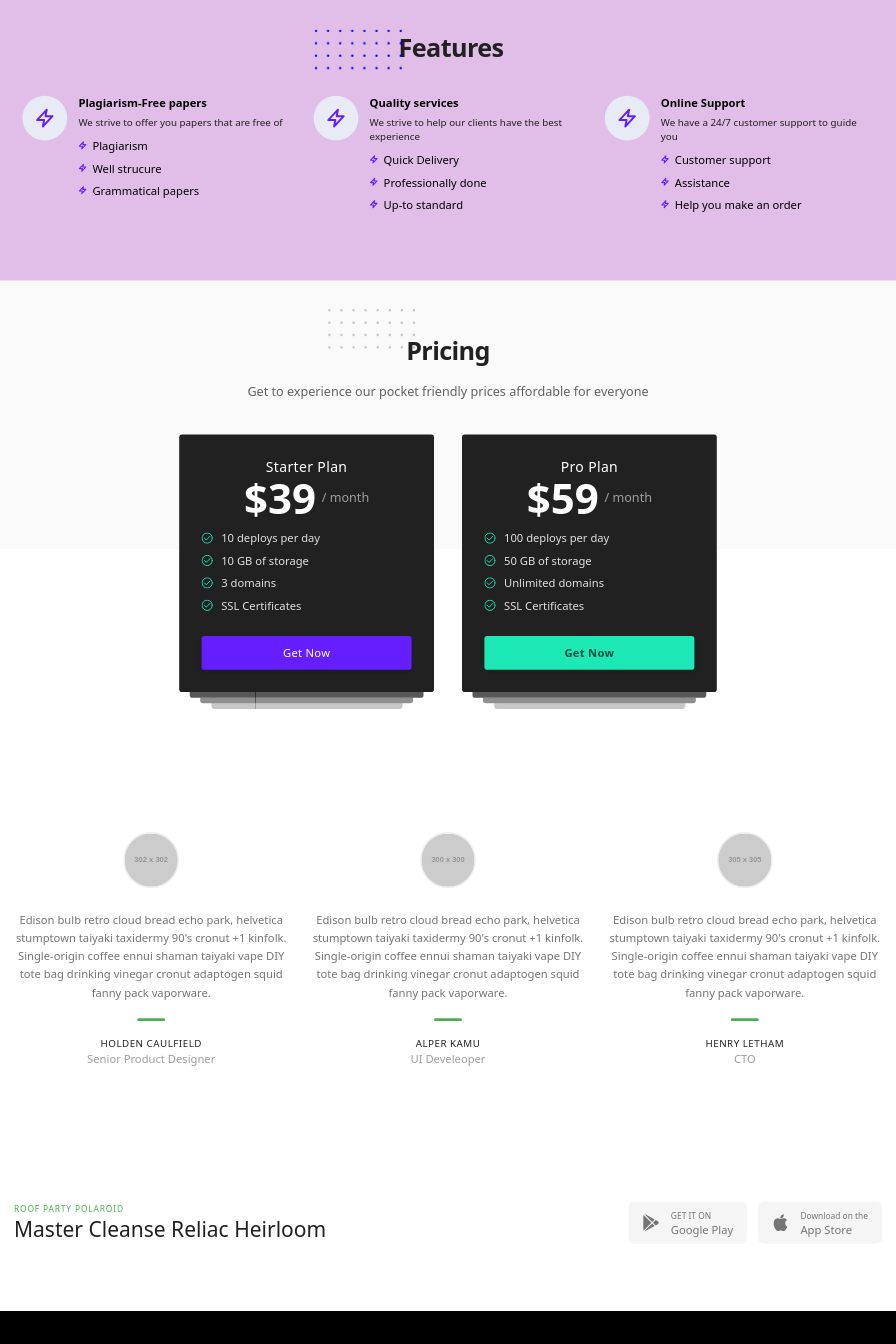
Repository: henrykash/WritingSite
Page: /
The author's editor kept a copy of each file at every save. The page is drawn from the files as they stood at one save, then again after a run of saves.
The browser window is 1280 px wide. The pictures show the part of the page from y = 694 to 2614 px (the page is 3299 px tall), at 70% of full size.
The project was rebuilt for these pictures with package versions that can differ from the ones it lists, and the page was loaded fresh each time. The framework's server and built-in components were replaced by stand-ins that run in the browser. Also part of the build but not shown: next.config.js, styles/topnav.module.css, styles/tierstyles.module.css.

Above is the page before, as saved 2021-04-23 15:12:22.

### pages/_app.js
import '../styles/index.css'
import 'tailwindcss/tailwind.css'
//import { AuthProvider } from '@/lib/auth';


function MyApp({ Component, pageProps }) {
  return (
  <div>
      <Component {...pageProps} />
  </div>);
}

export default MyApp

### pages/index.js
import Head from 'next/head'
import Layout from '../Components/Layout'

const Homepage = () => {

  if(typeof window !== 'undefined'){
    const setTawk = () => {
      var Tawk_API = Tawk_API||{}, Tawk_LoadStart=new Date();
          (function(){
              var s1 = document.createElement("script"),s0=document.getElementsByTagName("script")[0];
                  s1.async=true;
                  s1.src='https://embed.tawk.to/604c4303067c2605c0b7e36a/1f0kubhnk';
                  s1.charset='UTF-8';
                  s1.setAttribute('crossorigin','*');
                  s0.parentNode.insertBefore(s1,s0);
      })();
      }
      setTawk()
  }

  return (
    <>
    <div className='overflow-y-hidden'>
      <Head>
        <title>Premium workplace!</title>
        <meta name="viewport" content="initial-scale=1.0, width=device-width" />
        <meta http-equiv="X-UA-Compatible" content="ie=edge" />
        <meta name="description" content="Online Writing, Get work Done, Get remote work done" />
        <meta name="keywords" content="Writing, Online work, Post Work, Assignments" />
        <link href="https://fonts.googleapis.com/css?family=Lato|Poppins&display=swap" rel="stylesheet"></link>
      </Head>
    </div>

    <Layout />

      </>


  )
}

export default Homepage

### Components/Layout.js
import TopNav from './nav/TopNav'
import Header from './header/Header'
import Testimonials from './testimonials/Testimonials'
import PricingTiers from './pricingTiers/PricingTiers'
import Footer from './footer/Footer'
import CallToAction from './CallToAction'
import Features from './Feature'

const Layout = ({ children }) => {
   return (
       <>
        <TopNav />

        <Header />

        <Features />

        <PricingTiers />

        <Testimonials />

        <CallToAction />

        <Footer />

       </>
   )
}

export default Layout

### Components/pricingTiers/PricingTiers.js
import React from 'react'
import tierStyles from '../../styles/tierstyles.module.css'
import CheckCircle from '../../public/check-circle.svg';
import Link from 'next/link'


const PricingTiers = () => {
 //const openCheckout = () => {
   //window.location.href =='./pages/order-now.js';
   //}
    return (
      <>
        <div class="relative w-full h-full">
          <div class="absolute hidden w-full bg-gray-50 lg:block h-96" />
          <div class="relative px-4 py-16 mx-auto sm:max-w-xl md:max-w-full lg:max-w-screen-xl md:px-24 lg:px-8 lg:py-20">
            <div class="max-w-xl mb-10 md:mx-auto sm:text-center lg:max-w-2xl md:mb-12">
              <h2 class="max-w-lg mb-6 font-sans text-3xl font-bold leading-none tracking-tight text-gray-900 sm:text-4xl md:mx-auto">
                <span class="relative inline-block">
                  <svg
                    viewBox="0 0 52 24"
                    fill="currentColor"
                    class="absolute top-0 left-0 z-0 hidden w-32 -mt-8 -ml-20 text-gray-400 lg:w-32 lg:-ml-28 lg:-mt-10 sm:block"
                  >
                    <defs>
                      <pattern
                        id="2c67e949-4a23-49f7-bf27-ca140852cf21"
                        x="0"
                        y="0"
                        width=".135"
                        height=".30"
                      >
                        <circle cx="1" cy="1" r=".7" />
                      </pattern>
                    </defs>
                    <rect
                      fill="url(#2c67e949-4a23-49f7-bf27-ca140852cf21)"
                      width="52"
                      height="24"
                    />
                  </svg>
                  <span class="relative">Pricing</span>
                </span>{" "}
              </h2>
              <p class="text-base text-gray-700 md:text-lg">
                Get to experience our pocket friendly prices affordable for
                everyone
              </p>
            </div>
            <div class="grid max-w-screen-md gap-10 md:grid-cols-2 sm:mx-auto">
              <div>
                <div class="p-8 bg-gray-900 rounded">
                  <div class="mb-4 text-center">
                    <p class="text-xl font-medium tracking-wide text-white">
                      Starter Plan
                    </p>
                    <div class="flex items-center justify-center">
                      <p class="mr-2 text-5xl font-semibold text-white lg:text-6xl">
                        $39
                      </p>
                      <p class="text-lg text-gray-500">/ month</p>
                    </div>
                  </div>
                  <ul class="mb-8 space-y-2">
                    <li class="flex items-center">
                      <div class="mr-3">
                        <svg
                          class="w-4 h-4 text-teal-accent-400"
                          viewBox="0 0 24 24"
                          strokeLinecap="round"
                          strokeWidth="2"
                        >
                          <polyline
                            fill="none"
                            stroke="currentColor"
                            points="6,12 10,16 18,8"
                          />
                          <circle
                            cx="12"
                            cy="12"
                            fill="none"
                            r="11"
                            stroke="currentColor"
                          />
                        </svg>
                      </div>
                      <p class="font-medium text-gray-300">
                        10 deploys per day
                      </p>
                    </li>
                    <li class="flex items-center">
                      <div class="mr-3">
                        <svg
                          class="w-4 h-4 text-teal-accent-400"
                          viewBox="0 0 24 24"
                          strokeLinecap="round"
                          strokeWidth="2"
                        >
                          <polyline
                            fill="none"
                            stroke="currentColor"
                            points="6,12 10,16 18,8"
                          />
                          <circle
                            cx="12"
                            cy="12"
                            fill="none"
                            r="11"
                            stroke="currentColor"
                          />
                        </svg>
                      </div>
                      <p class="font-medium text-gray-300">10 GB of storage</p>
                    </li>
                    <li class="flex items-center">
                      <div class="mr-3">
                        <svg
                          class="w-4 h-4 text-teal-accent-400"
                          viewBox="0 0 24 24"
                          strokeLinecap="round"
                          strokeWidth="2"
                        >
                          <polyline
                            fill="none"
                            stroke="currentColor"
                            points="6,12 10,16 18,8"
                          />
                          <circle
                            cx="12"
                            cy="12"
                            fill="none"
                            r="11"
                            stroke="currentColor"
                          />
                        </svg>
                      </div>
                      <p class="font-medium text-gray-300">3 domains</p>
                    </li>
                    <li class="flex items-center">
                      <div class="mr-3">
                        <svg
                          class="w-4 h-4 text-teal-accent-400"
                          viewBox="0 0 24 24"
                          strokeLinecap="round"
                          strokeWidth="2"
                        >
                          <polyline
                            fill="none"
                            stroke="currentColor"
                            points="6,12 10,16 18,8"
                          />
                          <circle
                            cx="12"
                            cy="12"
                            fill="none"
                            r="11"
                            stroke="currentColor"
                          />
                        </svg>
                      </div>
                      <p class="font-medium text-gray-300">SSL Certificates</p>
                    </li>
                  </ul>
                  <div>
                    <Link href="checkout">
                      <button
                        type="submit"
                        class="inline-flex items-center justify-center w-full h-12 px-6 font-medium tracking-wide text-white transition duration-200 rounded shadow-md bg-deep-purple-accent-400 hover:bg-deep-purple-accent-700 focus:shadow-outline focus:outline-none"
                      >
                        Get Now
                      </button>
                    </Link>
                  </div>
                </div>
                <div class="w-11/12 h-2 mx-auto bg-gray-900 rounded-b opacity-75" />
                <div class="w-10/12 h-2 mx-auto bg-gray-900 rounded-b opacity-50" />
                <div class="w-9/12 h-2 mx-auto bg-gray-900 rounded-b opacity-25" />
              </div>
              <div>
                <div class="p-8 bg-gray-900 rounded">
                  <div class="mb-4 text-center">
                    <p class="text-xl font-medium tracking-wide text-white">
                      Pro Plan
                    </p>
                    <div class="flex items-center justify-center">
                      <p class="mr-2 text-5xl font-semibold text-white lg:text-6xl">
                        $59
                      </p>
                      <p class="text-lg text-gray-500">/ month</p>
                    </div>
                  </div>
                  <ul class="mb-8 space-y-2">
                    <li class="flex items-center">
                      <div class="mr-3">
                        <svg
                          class="w-4 h-4 text-teal-accent-400"
                          viewBox="0 0 24 24"
                          strokeLinecap="round"
                          strokeWidth="2"
                        >
                          <polyline
                            fill="none"
                            stroke="currentColor"
                            points="6,12 10,16 18,8"
                          />
                          <circle
                            cx="12"
                            cy="12"
                            fill="none"
                            r="11"
                            stroke="currentColor"
                          />
                        </svg>
                      </div>
                      <p class="font-medium text-gray-300">
                        100 deploys per day
                      </p>
                    </li>
                    <li class="flex items-center">
                      <div class="mr-3">
                        <svg
                          class="w-4 h-4 text-teal-accent-400"
                          viewBox="0 0 24 24"
                          strokeLinecap="round"
                          strokeWidth="2"
                        >
                          <polyline
                            fill="none"
                            stroke="currentColor"
                            points="6,12 10,16 18,8"
                          />
                          <circle
                            cx="12"
                            cy="12"
                            fill="none"
                            r="11"
                            stroke="currentColor"
                          />
                        </svg>
                      </div>
                      <p class="font-medium text-gray-300">50 GB of storage</p>
                    </li>
                    <li class="flex items-center">
                      <div class="mr-3">
                        <svg
                          class="w-4 h-4 text-teal-accent-400"
                          viewBox="0 0 24 24"
                          strokeLinecap="round"
                          strokeWidth="2"
                        >
                          <polyline
                            fill="none"
                            stroke="currentColor"
                            points="6,12 10,16 18,8"
                          />
                          <circle
                            cx="12"
                            cy="12"
                            fill="none"
                            r="11"
                            stroke="currentColor"
                          />
                        </svg>
                      </div>
                      <p class="font-medium text-gray-300">Unlimited domains</p>
                    </li>
                    <li class="flex items-center">
                      <div class="mr-3">
                        <svg
                          class="w-4 h-4 text-teal-accent-400"
                          viewBox="0 0 24 24"
                          strokeLinecap="round"
                          strokeWidth="2"
                        >
                          <polyline
                            fill="none"
                            stroke="currentColor"
                            points="6,12 10,16 18,8"
                          />
                          <circle
                            cx="12"
                            cy="12"
                            fill="none"
                            r="11"
                            stroke="currentColor"
                          />
                        </svg>
                      </div>
                      <p class="font-medium text-gray-300">SSL Certificates</p>
                    </li>
                  </ul>
                  <button
                    type="submit"
                    class="inline-flex items-center justify-center w-full h-12 px-6 font-semibold tracking-wide text-teal-900 transition duration-200 rounded shadow-md bg-teal-accent-400 hover:bg-teal-accent-700 focus:shadow-outline focus:outline-none"
                  >
                    Get Now
                  </button>
                </div>
                <div class="w-11/12 h-2 mx-auto bg-gray-900 rounded-b opacity-75" />
                <div class="w-10/12 h-2 mx-auto bg-gray-900 rounded-b opacity-50" />
                <div class="w-9/12 h-2 mx-auto bg-gray-900 rounded-b opacity-25" />
              </div>
            </div>
          </div>
        </div>
      </>
    );
}

export default PricingTiers

### Components/typing/Typing.js
import React from "react";
import words from "../../static/words";
import Typed from 'typed.js'

class TypingComponent extends React.Component {
  componentDidMount() {
    const options = {
      strings: words,
      typeSpeed: 150,
      backSpeed: 80,
      loop: true,
      cursorChar: "/",
    };
    // this.el refers to the <span> in the render() method
    this.typed = new Typed(this.el, options);
  }
componentWillUnmount() {
    // Please don't forget to cleanup animation layer
    this.typed.destroy();
  }

  render() {
    return (
      <>
        <span
          style={{ whiteSpace: "pre" }}
          className="underline"
          ref={(el) => {
            this.el = el;
          }}
        />
      </>
    );
  }
}
export default TypingComponent;

### static/words.js
const words = [
    'Effectively',
    'Accurately',
    'In-timely',
    'Smartly',
    'Affordably'
  ]

  export default words

Loaded but not shown: styles/index.css (common file); public/testimonials.json (14 lines, source omitted); Components/Feature.js (290 lines, source omitted); tailwind.config.js (330 lines, source omitted); Components/nav/TopNav.js (171 lines, source omitted); Components/footer/Footer.js (96 lines, source omitted); Components/CallToAction.js (40 lines, source omitted); Components/testimonials/Testimonials.js (46 lines, source omitted); Components/header/Header.js (50 lines, source omitted)

After the next 3 saves:
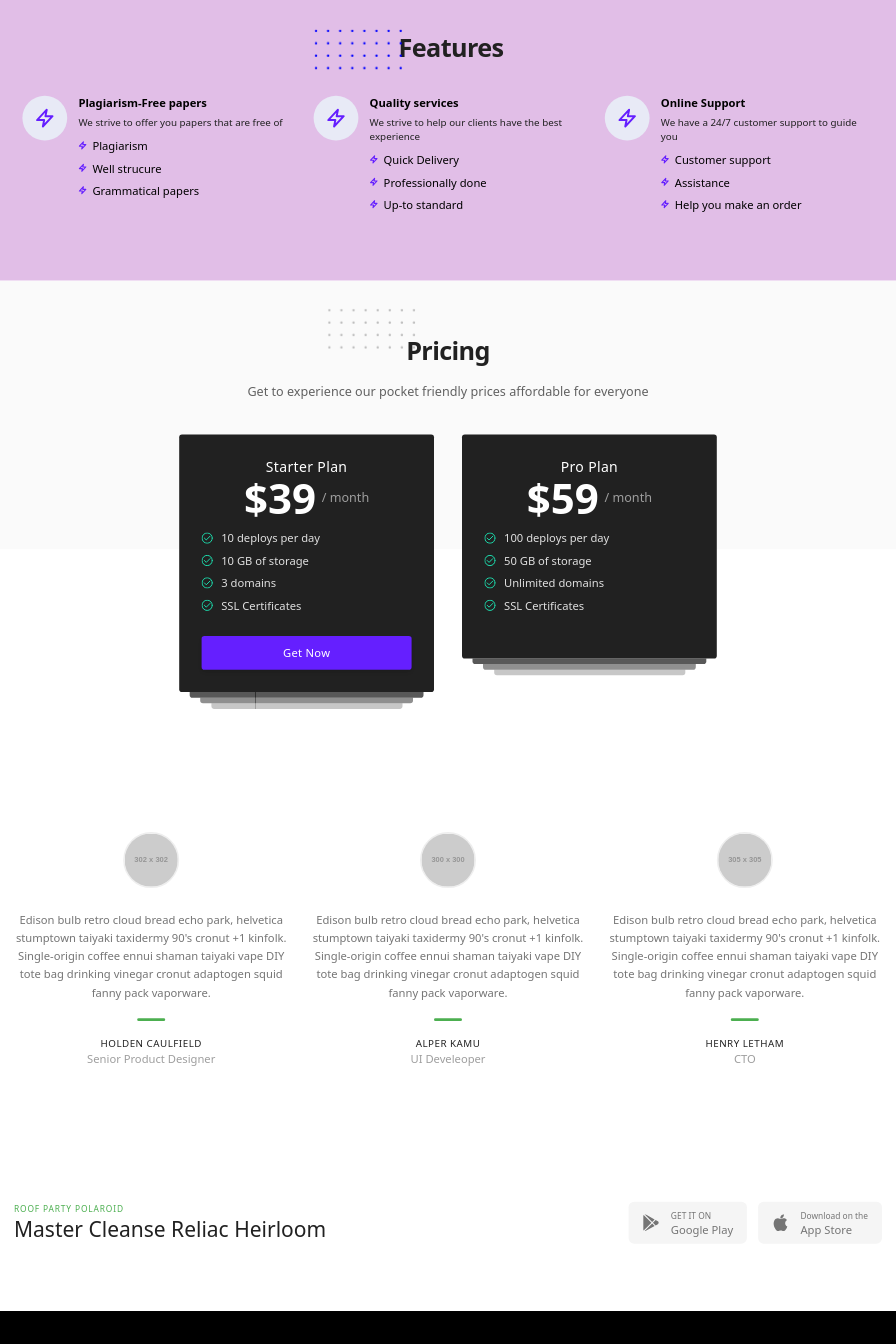
The 3 saves are shown as one change because 2 did not build or start.
The last was saved 32 s later.
--- a/Components/pricingTiers/PricingTiers.js
+++ b/Components/pricingTiers/PricingTiers.js
@@ -288,12 +288,7 @@
                       <p class="font-medium text-gray-300">SSL Certificates</p>
                     </li>
                   </ul>
-                  <button
-                    type="submit"
-                    class="inline-flex items-center justify-center w-full h-12 px-6 font-semibold tracking-wide text-teal-900 transition duration-200 rounded shadow-md bg-teal-accent-400 hover:bg-teal-accent-700 focus:shadow-outline focus:outline-none"
-                  >
-                    Get Now
-                  </button>
+                  <div></div>
                 </div>
                 <div class="w-11/12 h-2 mx-auto bg-gray-900 rounded-b opacity-75" />
                 <div class="w-10/12 h-2 mx-auto bg-gray-900 rounded-b opacity-50" />

After the 6 saves that followed:
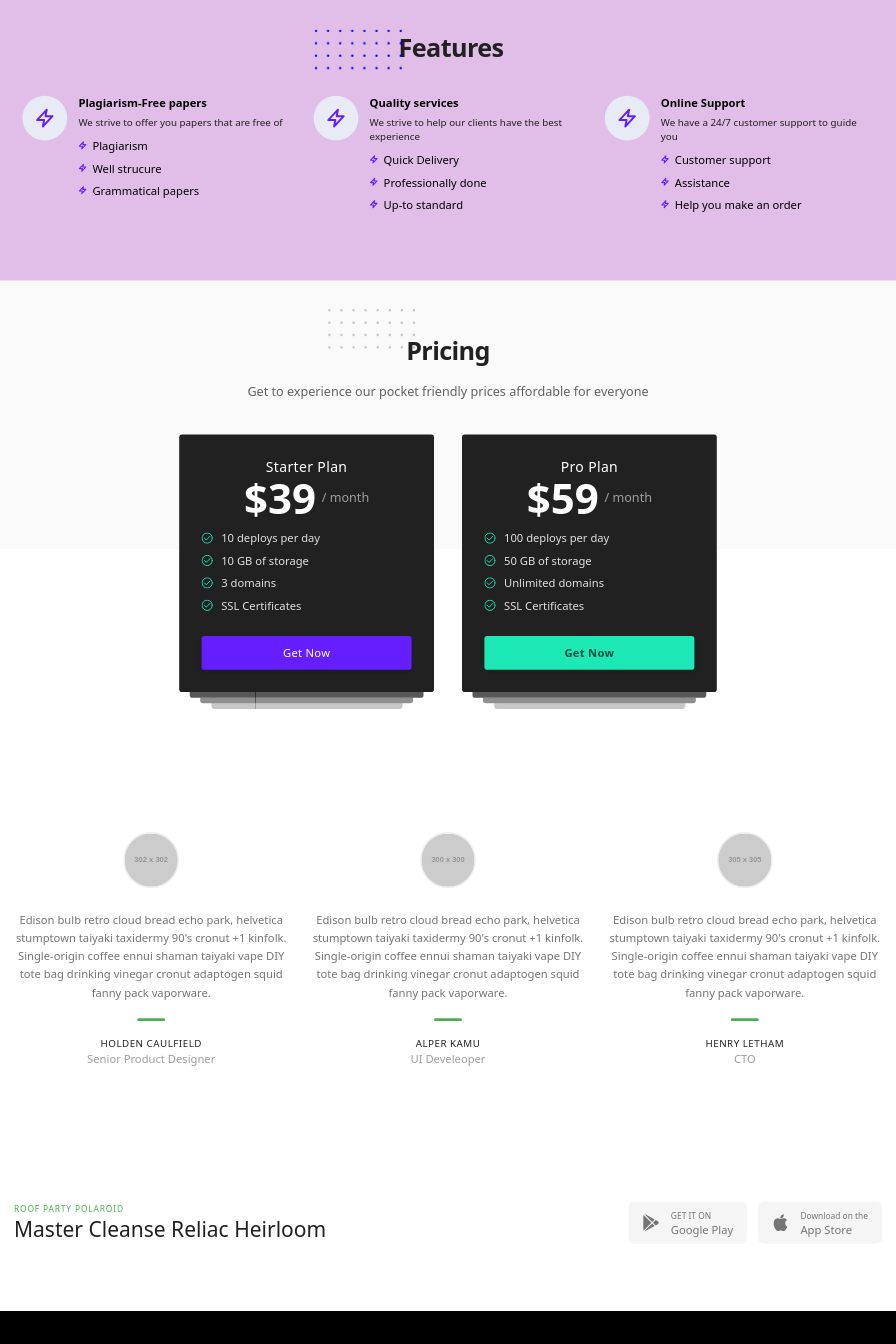
The 6 saves are shown as one change because 4 did not build or start and 1 left the picture as it was.
The last was saved 9 s later.
--- a/Components/pricingTiers/PricingTiers.js
+++ b/Components/pricingTiers/PricingTiers.js
@@ -288,7 +288,16 @@
                       <p class="font-medium text-gray-300">SSL Certificates</p>
                     </li>
                   </ul>
-                  <div></div>
+                  <div>
+                    <Link>
+                      <button
+                        type="submit"
+                        class="inline-flex items-center justify-center w-full h-12 px-6 font-semibold tracking-wide text-teal-900 transition duration-200 rounded shadow-md bg-teal-accent-400 hover:bg-teal-accent-700 focus:shadow-outline focus:outline-none"
+                      >
+                        Get Now
+                      </button>
+                    </Link>
+                  </div>
                 </div>
                 <div class="w-11/12 h-2 mx-auto bg-gray-900 rounded-b opacity-75" />
                 <div class="w-10/12 h-2 mx-auto bg-gray-900 rounded-b opacity-50" />
